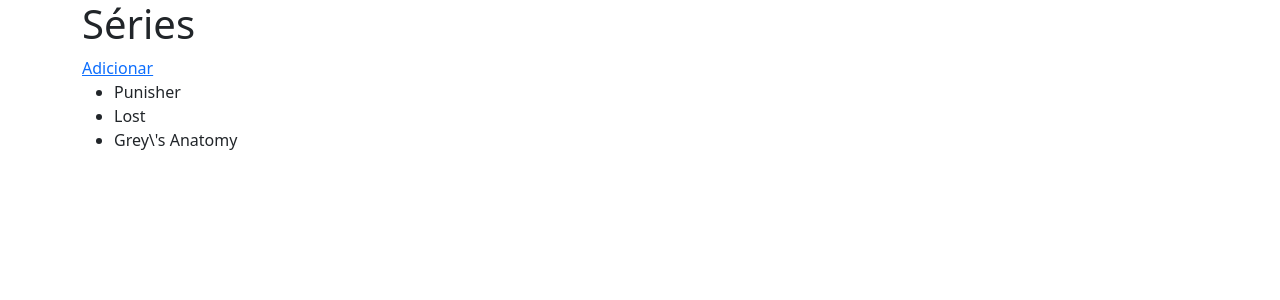
Repository: joaoDelaGracia/laravelTeste
Page: http://localhost/series
These files come from the project's save history. The page is drawn as it stood at one moment and after a run of saves; the edit follows.
The browser window is 1280 px wide. The pictures show the whole page.
The page is served by the project's Laravel application, run on PHP 8.4 with Laravel 12. Other server files are loaded and not shown. Style sheets and scripts are compiled from the project's sources, by tool versions that may differ from the author's.

Above is the page before, as saved 2025-05-26 12:59:51.

### app/Listeners/EmailUsersAboutSeriesCreated.php
<?php

namespace App\Listeners;

use App\Events\SeriesCreated as EventsSeriesCreated;
use App\Mail\SeriesCreated;
use App\Models\User;
use Illuminate\Contracts\Queue\ShouldQueue;
use Illuminate\Queue\InteractsWithQueue;
use Illuminate\Support\Facades\Mail;

class EmailUsersAboutSeriesCreated
{
    /**
     * Create the event listener.
     */
    public function __construct()
    {
        //
    }

    /**
     * Handle the event.
     */
    public function handle(EventsSeriesCreated $event): void
    {

        $userList = User::all();
        // dd($userList);
        foreach($userList as $index => $user){
            $email = new SeriesCreated(
                    $event->nome,
                    $event->id,
                    $event->seasonsQty,
                    $event->episodesPerSeason
                );
            $when = now()->addSeconds($index * 5);
            Mail::to($user)->later($when,$email);

        }

    }
}

### app/Listeners/LogSeriesCreated.php
<?php

namespace App\Listeners;

use App\Events\SeriesCreated;
use Illuminate\Contracts\Queue\ShouldQueue;
use Illuminate\Queue\InteractsWithQueue;
use Illuminate\Support\Facades\Log;

class LogSeriesCreated implements ShouldQueue
{
    /**
     * Create the event listener.
     */
    public function __construct()
    {
        //
    }

    /**
     * Handle the event.
     */
    public function handle(SeriesCreated $event): void
    {
        Log::info("Série {$event->nome} criada com sucesso");
    }
}

### routes/web.php
<?php

use App\Http\Controllers\SeriesController;
use Illuminate\Support\Facades\Route;

Route::get('/', function () {
    return view('welcome');
});

Route::get('/series', [SeriesController::class, 'index']);
Route::get('/series/criar', [SeriesController::class, 'create']);

### app/Http/Controllers/SeriesController.php
<?php

namespace App\Http\Controllers;

use Illuminate\Http\Request;

class SeriesController extends Controller
{
    public function index(Request $request){

        $series = [
            "Punisher",
            "Lost",
            "Grey\'s Anatomy"
        ];

        return view('series.index', compact('series'));

    }

    public function create(Request $request){
        return view("series.create");
    }

}

### app/Http/Controllers/Controller.php
<?php

namespace App\Http\Controllers;

use Barryvdh\Debugbar\Controllers\BaseController;

abstract class Controller extends BaseController
{
    //
}

### resources/views/series/index.blade.php
<x-layout title="Séries">
    <a href="/series/criar">Adicionar</a>

    <ul>
        @foreach ($series as $serie)
        <li>{{ $serie }}</li>
        @endforeach
    </ul>
</x-layout>

### resources/views/components/layout.blade.php
<!DOCTYPE html>
<html lang="en">
<head>
    <meta charset="UTF-8">
    <meta name="viewport" content="width=device-width, initial-scale=1.0">
    <title>{{ $title }} - Controle de Séries</title>
    @vite(['resources/css/app.scss', 'resources/js/app.js'])
</head>
<body>
    <div class="container">
        <h1 class="">{{ $title }} </h1>
        {{ $slot }}
    </div>
</body>
</html>

### resources/css/app.scss
// @tailwind base;
// @tailwind components;
// @tailwind utilities;
@import 'bootstrap/scss/bootstrap';

// Tailwind não reconhece diretivas como @source ou @theme dentro de SCSS.
// Elas devem ir na configuração do Tailwind (`tailwind.config.js`), não no .scss.

// Fontes personalizadas com Tailwind podem ser definidas no tailwind.config.js também,
// mas se quiser adicionar diretamente no SCSS, pode fazer isso assim:
:root {
    --font-sans: 'Instrument Sans', ui-sans-serif, system-ui, sans-serif, 'Apple Color Emoji',
        'Segoe UI Emoji', 'Segoe UI Symbol', 'Noto Color Emoji';
}

After the next 2 saves:
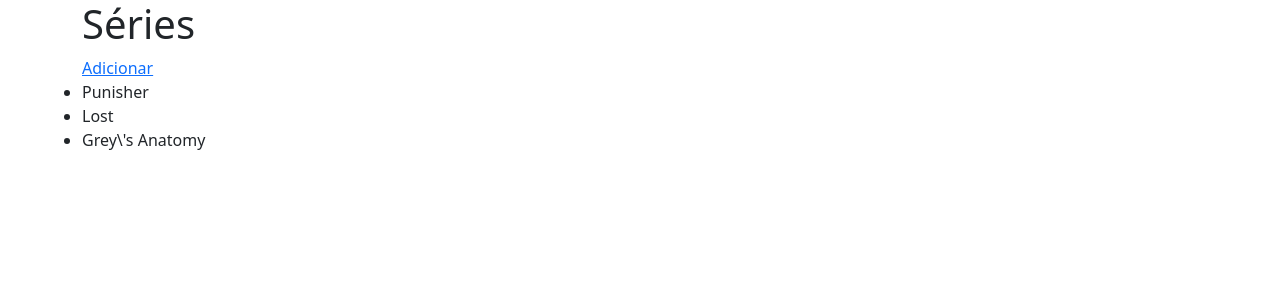
The 2 saves are shown as one change because they came seconds apart.
The last was saved 10 s later.
--- a/resources/views/series/index.blade.php
+++ b/resources/views/series/index.blade.php
@@ -1,7 +1,7 @@
 <x-layout title="Séries">
     <a href="/series/criar">Adicionar</a>
 
-    <ul>
+    <ul class="list-group">
         @foreach ($series as $serie)
         <li>{{ $serie }}</li>
         @endforeach
